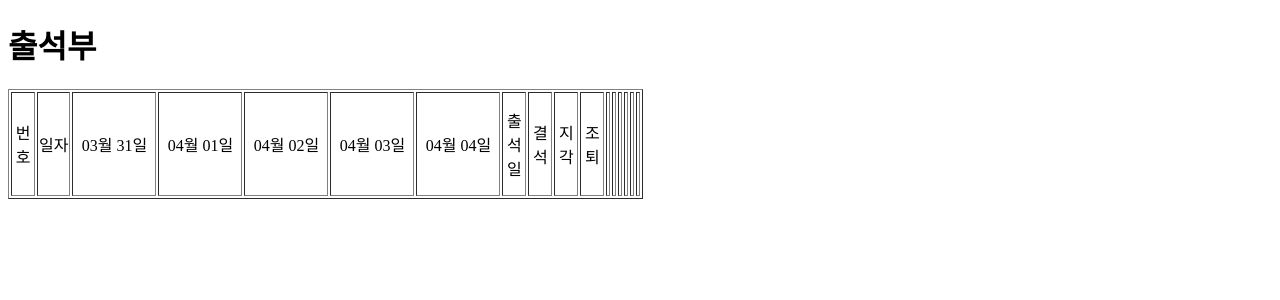
Repository: hb6700/client
Page: ClientTest/src/main/webapp/html/question/11_table.html
These files come from the project's save history. The page is drawn as it stood at one moment and after the next save; the edit follows.
The browser window is 1280 px wide. The pictures show the whole page.

Above is the page before, as saved 2023-09-21 02:37:02.

### ClientTest/src/main/webapp/html/question/11_table.html
<!DOCTYPE html>
<html>
	<head>
		<meta charset="UTF-8">
		<title>11_table</title>
	</head>
	<body>
		<h1>출석부</h1>
		<table border="1">
			<tr>
				<td width="20" height="100" align="center" rowspan="4">번호</td>
				<td>일자</td>
				<td width="80" height="20" align="center" colspan="2">03월 31일</td>
				<td width="80" height="20" align="center" colspan="2">04월 01일</td>
				<td width="80" height="20" align="center" colspan="2">04월 02일</td>
				<td width="80" height="20" align="center" colspan="2">04월 03일</td>
				<td width="80" height="20" align="center" colspan="2">04월 04일</td>
				<td width="20" height="100" align="center" rowspan="4">출석일</td>
				<td width="20" height="100" align="center" rowspan="4">결석</td>
				<td width="20" height="100" align="center" rowspan="4">지각</td>
				<td width="20" height="100" align="center" rowspan="4">조퇴</td>
				<td></td>
				<td></td>
				<td></td>
				<td></td>
				<td></td>
				<td></td>
			</tr>
		</table>
	</body>
</html>

After the next save:
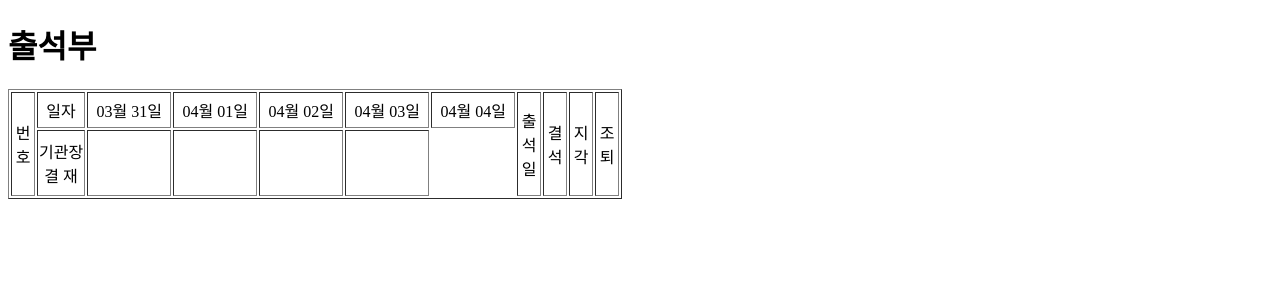
Saved 2 min 48 s later.
--- a/ClientTest/src/main/webapp/html/question/11_table.html
+++ b/ClientTest/src/main/webapp/html/question/11_table.html
@@ -9,7 +9,7 @@
 		<table border="1">
 			<tr>
 				<td width="20" height="100" align="center" rowspan="4">번호</td>
-				<td>일자</td>
+				<td align="center">일자</td>
 				<td width="80" height="20" align="center" colspan="2">03월 31일</td>
 				<td width="80" height="20" align="center" colspan="2">04월 01일</td>
 				<td width="80" height="20" align="center" colspan="2">04월 02일</td>
@@ -19,12 +19,13 @@
 				<td width="20" height="100" align="center" rowspan="4">결석</td>
 				<td width="20" height="100" align="center" rowspan="4">지각</td>
 				<td width="20" height="100" align="center" rowspan="4">조퇴</td>
-				<td></td>
-				<td></td>
-				<td></td>
-				<td></td>
-				<td></td>
-				<td></td>
+			</tr>
+			<tr>
+				<td align="center">기관장<br>결 재</td>
+				<td width="80" height="40" align="center" colspan="2"></td>
+				<td width="80" height="40" align="center" colspan="2"></td>
+				<td width="80" height="40" align="center" colspan="2"></td>
+				<td width="80" height="40" align="center" colspan="2"></td>
 			</tr>
 		</table>
 	</body>
